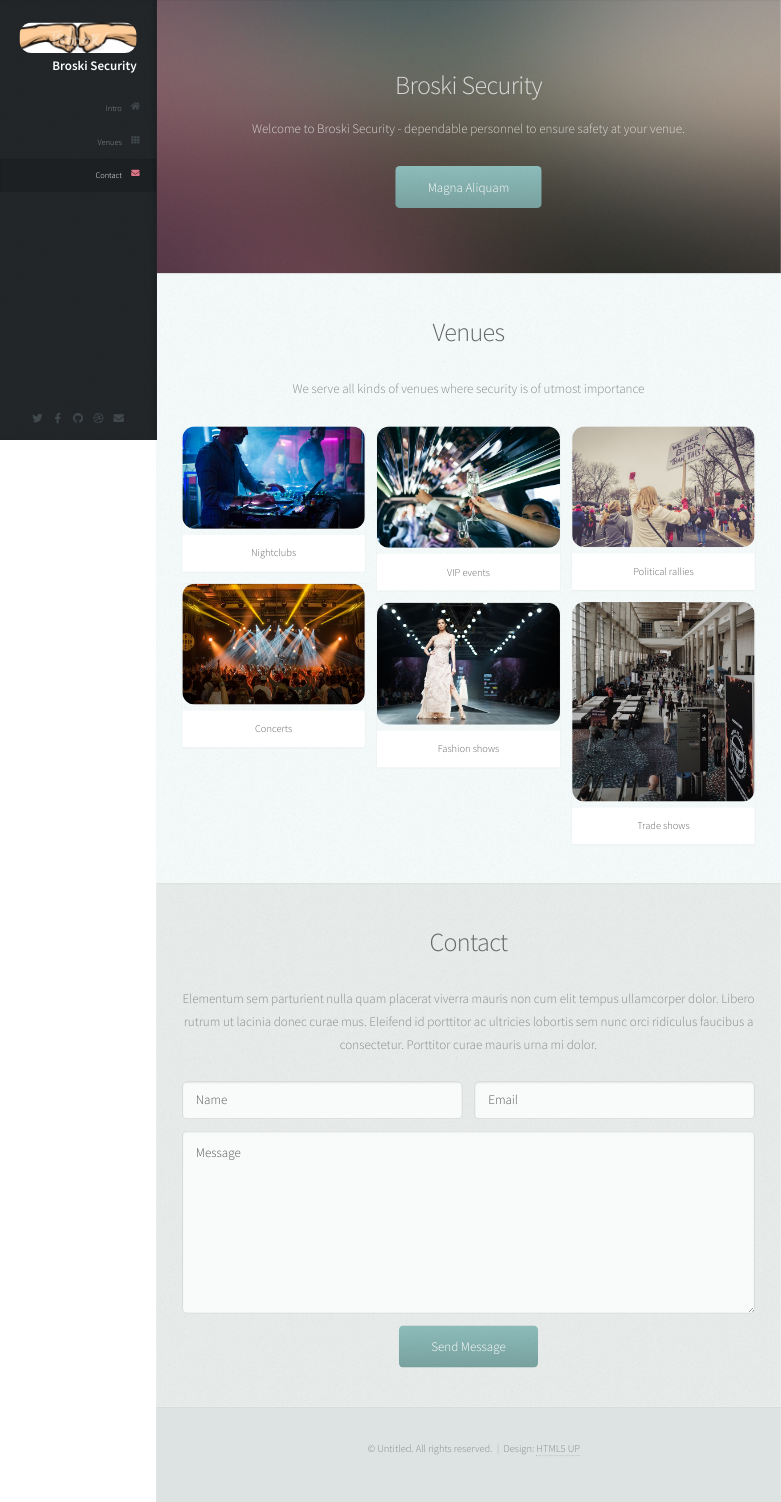
Repository: fiedore/fiedore.github.io
Page: index.html
An editor plug-in stored every save of this project. The page is shown before and after a run of saves, followed by the edit.
The browser window is 1280 px wide. The pictures show the whole page, at 61% of full size.

Above is the page before, as saved 2025-06-03 09:24:11.

After the next 3 saves:
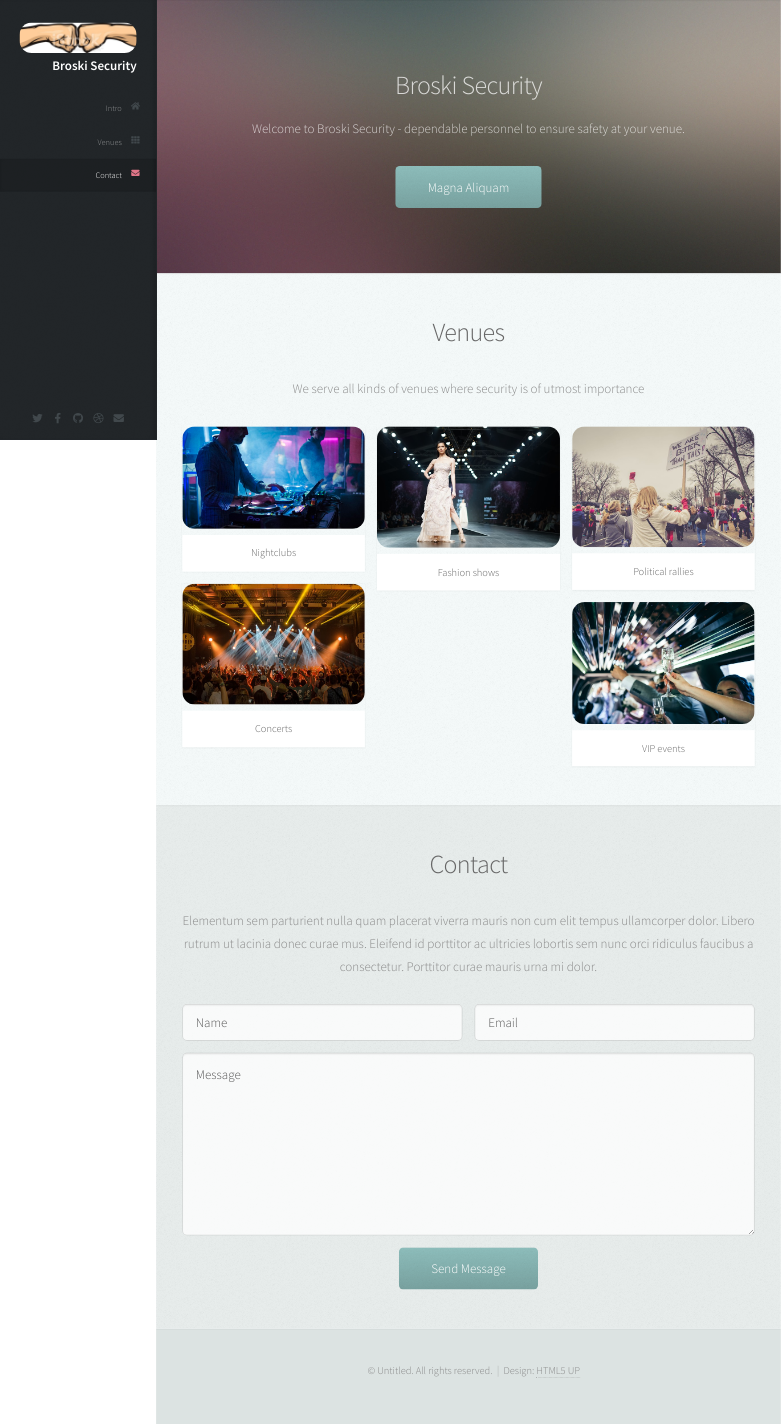
The 3 saves are shown as one change because they came seconds apart.
The last was saved 28 s later.
--- a/index.html
+++ b/index.html
@@ -96,13 +96,7 @@
 									</article>
 								</div>
 								<div class="col-4 col-12-mobile">
-									<article class="item">
-										<a href="#" class="image fit"><img src="images/vip.jpg" alt="Photo by Michael Benz on Unsplash</a>
-      " /></a>
-										<header>
-											<h3>VIP events</h3>
-										</header>
-									</article>
+
 									<article class="item">
 										<a href="#" class="image fit"><img src="images/fashion.jpg" alt="" /></a>
 										<header>
@@ -117,10 +111,12 @@
 											<h3>Political rallies</h3>
 										</header>
 									</article>
+
 									<article class="item">
-										<a href="#" class="image fit"><img src="images/tradeshow.jpg" alt="" /></a>
+										<a href="#" class="image fit"><img src="images/vip.jpg" alt="Photo by Michael Benz on Unsplash</a>
+      " /></a>
 										<header>
-											<h3>Trade shows</h3>
+											<h3>VIP events</h3>
 										</header>
 									</article>
 								</div>
